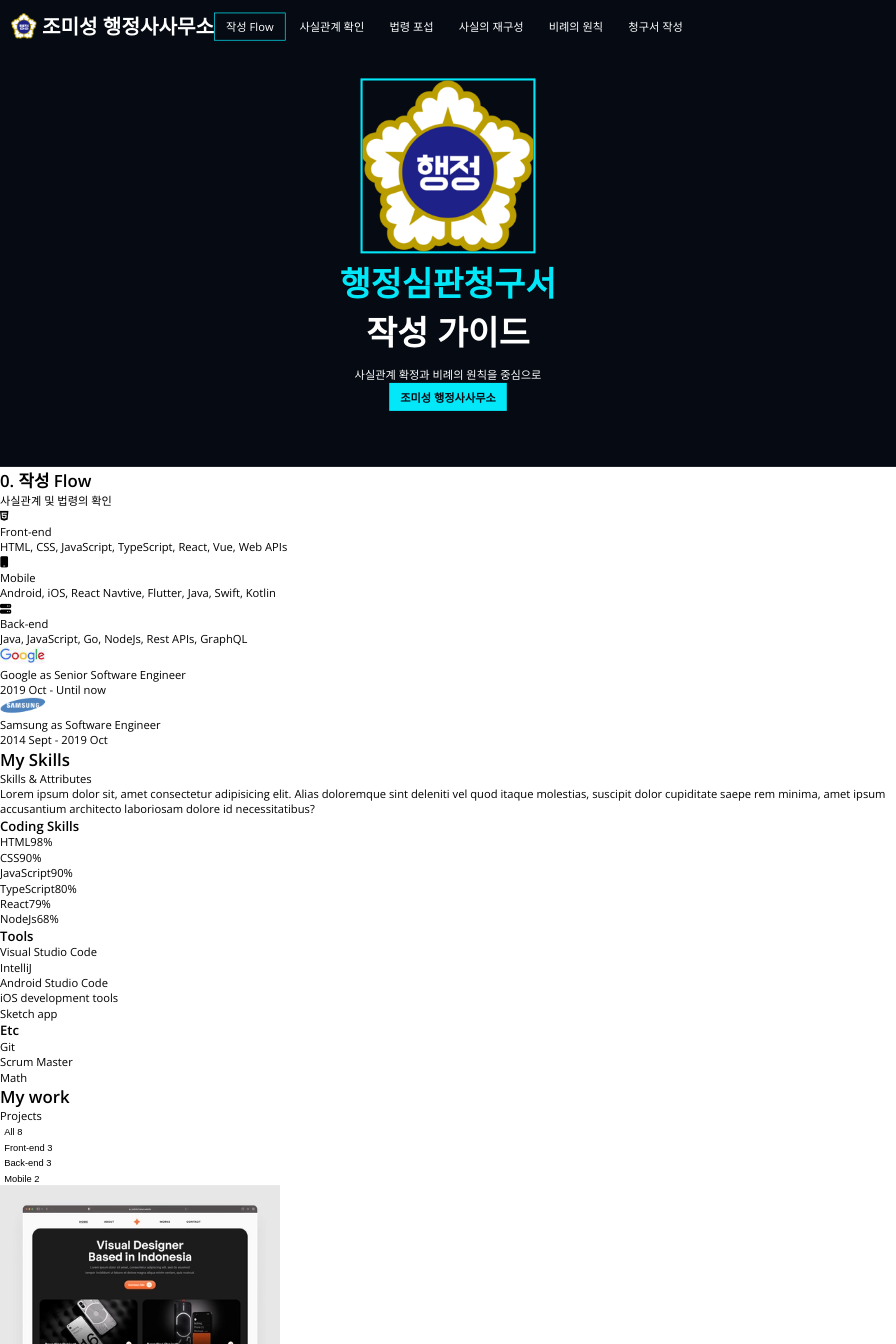
Repository: eggmoon/eggmoon_new
Page: index.html
The author's editor kept a copy of each file at every save. The page is drawn from the files as they stood at one save, then again after the next save.
The browser window is 1280 px wide. The pictures show the part of the page from y = 0 to 1920 px (the page is 5670 px tall before and 5654 px after), at 70% of full size.
Some web libraries are served in a nearby version.

Above is the page before, as saved 2025-02-26 10:42:59.

### index.html
<!DOCTYPE html>
<html lang="en">
  <head>
    <meta charset="UTF-8" />
    <meta http-equiv="X-UA-Compatible" content="IE=edge" />
    <meta name="viewport" content="width=device-width, initial-scale=1.0" />
    <!-- SEO -->
    <title>행정심판청구서 작성 가이드</title>
    <meta
      name="description"
      content="Portfolio for world-renowned software
    engineer Ellie"
    />
    <meta name="author" content="MScho" />
    <link rel="shortcut icon" href="images/favicon.ico" type="image/x-icon" />
    <!-- OG (Open Graph Data) -->
    <meta property="og:title" content="행정정심판청구서 작성 가이드" />
    <meta property="og:type" content="website" />
    <meta property="og:url" content="https://eggmoon.github.io/eggmoon/"/>
    <meta property="og:image" content="배포후에 생성된 이미지 URL" />
    <!-- Google Fonts -->
    <link rel="preconnect" href="https://fonts.googleapis.com" />
    <link rel="preconnect" href="https://fonts.gstatic.com" crossorigin />
    <link
      href="https://fonts.googleapis.com/css2?family=Open+Sans:wght@400;600&display=swap"
      rel="stylesheet"
    />
    <!-- Font Awesome -->
    <script
      src="https://kit.fontawesome.com/9eb162ac0d.js"
      crossorigin="anonymous"
    ></script>
    <!-- CSS -->
    <link rel="stylesheet" href="css/style.css" />
    <!-- Javascript -->
    <script src="src/main.js" defer></script>
  </head>
  <body>
    <!-- Header -->
    <header class="header">
      <div class="header__logo">
        <img class="header__logo__img" src="images/favicon.ico" alt="logo" />
        <h1 class="header__logo__title"><a href="#">조미성 행정사사무소</a></h1>
      </div>
      <nav>
        <ul class="header__menu">
          <li><a class="header__menu__item active" href="#home">작성 Flow</a></li>
          <li><a class="header__menu__item" href="#about">사실관계 확인</a></li>
          <li><a class="header__menu__item" href="#skills">법령 포섭</a></li>
          <li><a class="header__menu__item" href="#work">사실의 재구성</a></li>
          <li><a class="header__menu__item" href="#testimonial">비례의 원칙</a></li>
          <li><a class="header__menu__item" href="#contact">청구서 작성</a></li>
        </ul>
      </nav>
    </header>
    <!-- Main -->
    <main>
      <!-- Home -->
      <section id="home">
        <img class="home__logo" src="images/favicon.ico" alt="Ellie's profile" />
        <h2 class="home__title"><strong class="home__title--strong">행정심판청구서</strong> <br> 작성 가이드</h2>
        <p class="home__description">사실관계 확정과 비례의 원칙을 중심으로</p>
        <a class="home__contact" href="#contact">조미성 행정사사무소</a>
      </section>
      <!-- About -->
      <section id="about">
        <h2>0. 작성 Flow</h2>
        <p>
          사실관계 및 법령의 확인
        </p>
        <ul>
          <li>
            <i class="fa-brands fa-html5"></i>
            <p>Front-end</p>
            <p>HTML, CSS, JavaScript, TypeScript, React, Vue, Web APIs</p>
          </li>
          <li>
            <i class="fa-solid fa-mobile"></i>
            <p>Mobile</p>
            <p>Android, iOS, React Navtive, Flutter, Java, Swift, Kotlin</p>
          </li>
          <li>
            <i class="fa-solid fa-server"></i>
            <p>Back-end</p>
            <p>Java, JavaScript, Go, NodeJs, Rest APIs, GraphQL</p>
          </li>
        </ul>
        <ul>
          <li>
            <img src="images/jobs/google.png" alt="google logo" />
            <div>
              <p>Google as Senior Software Engineer</p>
              <p>2019 Oct - Until now</p>
            </div>
          </li>
          <li>
            <img src="images/jobs/samsung.png" alt="samsung logo" />
            <div>
              <p>Samsung as Software Engineer</p>
              <p>2014 Sept - 2019 Oct</p>
            </div>
          </li>
        </ul>
      </section>
      <!-- Skills -->
      <section id="skills">
        <h2>My Skills</h2>
        <p>Skills & Attributes</p>
        <p>
          Lorem ipsum dolor sit, amet consectetur adipisicing elit. Alias
          doloremque sint deleniti vel quod itaque molestias, suscipit dolor
          cupiditate saepe rem minima, amet ipsum accusantium architecto
          laboriosam dolore id necessitatibus?
        </p>
        <div>
          <section>
            <h3>Coding Skills</h3>
            <ul>
              <li>
                <div><span>HTML</span><span>98%</span></div>
                <div><div style="width: 98%"></div></div>
              </li>
              <li>
                <div><span>CSS</span><span>90%</span></div>
                <div><div style="width: 90%"></div></div>
              </li>
              <li>
                <div><span>JavaScript</span><span>90%</span></div>
                <div><div style="width: 90%"></div></div>
              </li>
              <li>
                <div><span>TypeScript</span><span>80%</span></div>
                <div><div style="width: 80%"></div></div>
              </li>
              <li>
                <div><span>React</span><span>79%</span></div>
                <div><div style="width: 79%"></div></div>
              </li>
              <li>
                <div><span>NodeJs</span><span>68%</span></div>
                <div><div style="width: 68%"></div></div>
              </li>
            </ul>
          </section>
          <section>
            <h3>Tools</h3>
            <ul>
              <li>Visual Studio Code</li>
              <li>IntelliJ</li>
              <li>Android Studio Code</li>
              <li>iOS development tools</li>
              <li>Sketch app</li>
            </ul>
          </section>
          <section>
            <h3>Etc</h3>
            <ul>
              <li>Git</li>
              <li>Scrum Master</li>
              <li>Math</li>
            </ul>
          </section>
        </div>
      </section>
      <!-- Work -->
      <section id="work">
        <h2>My work</h2>
        <p>Projects</p>
        <ul>
          <li>
            <button>All <span>8</span></button>
          </li>
          <li>
            <button>Front-end <span>3</span></button>
          </li>
          <li>
            <button>Back-end <span>3</span></button>
          </li>
          <li>
            <button>Mobile <span>2</span></button>
          </li>
        </ul>
        <ul>
          <li>
            <a href="#" target="_blank">
              <img src="images/projects/project1.webp" alt="project1" />
              <div>
                <h3>Project #1</h3>
                <p>Clone Coding with HTML, CSS</p>
              </div>
            </a>
          </li>
          <li>
            <a href="#" target="_blank">
              <img src="images/projects/project2.webp" alt="project2" />
              <div>
                <h3>Project #2</h3>
                <p>Clone Coding with HTML, CSS</p>
              </div>
            </a>
          </li>
          <li>
            <a href="#" target="_blank">
              <img src="images/projects/project3.webp" alt="project3" />
              <div>
                <h3>Project #3</h3>
                <p>Clone Coding with HTML, CSS</p>
              </div>
            </a>
          </li>
          <li>
            <a href="#" target="_blank">
              <img src="images/projects/project4.webp" alt="project4" />
              <div>
                <h3>Project #4</h3>
                <p>Clone Coding with HTML, CSS</p>
              </div>
            </a>
          </li>
          <li>
            <a href="#" target="_blank">
              <img src="images/projects/project5.webp" alt="project5" />
              <div>
                <h3>Project #5</h3>
                <p>Clone Coding with HTML, CSS</p>
              </div>
            </a>
          </li>
          <li>
            <a href="#" target="_blank">
              <img src="images/projects/project6.webp" alt="project6" />
              <div>
                <h3>Project #6</h3>
                <p>Clone Coding with HTML, CSS</p>
              </div>
            </a>
          </li>
          <li>
            <a href="#" target="_blank">
              <img src="images/projects/project7.webp" alt="project7" />
              <div>
                <h3>Project #7</h3>
                <p>Clone Coding with HTML, CSS</p>
              </div>
            </a>
          </li>
          <li>
            <a href="#" target="_blank">
              <img src="images/projects/project8.webp" alt="project8" />
              <div>
                <h3>Project #8</h3>
                <p>Clone Coding with HTML, CSS</p>
              </div>
            </a>
          </li>
        </ul>
      </section>
      <!-- Testimonials -->
      <section id="testimonial">
        <h2>Testimonial</h2>
        <p>See what they say about me</p>
        <ul>
          <li>
            <img src="images/testimonials/people1.webp" alt="people1" />
            <div>
              <p>
                Lorem ipsum dolor sit amet, consectetur adipisicing elit. Rem ad
                iusto, ea alias, at sit libero laboriosam eaque eum, reiciendis
                obcaecati vitae non reprehenderit beatae officiis. Dolore
                corporis eveniet labore.
              </p>
              <p><a href="#">James Kim</a> /Google</p>
            </div>
          </li>
          <li>
            <img src="images/testimonials/people2.webp" alt="people2" />
            <div>
              <p>
                Lorem ipsum, dolor sit amet consectetur adipisicing elit. Iure
                adipisci quibusdam perspiciatis neque consequuntur nostrum
                quisquam dolore consequatur voluptatum animi laborum, sequi
                ipsum rerum voluptatibus sit ab similique quos velit?
              </p>
              <p><a href="#">Anna Jin</a> /Samsung</p>
            </div>
          </li>
          <li>
            <img src="images/testimonials/people3.webp" alt="people3" />
            <div>
              <p>
                Lorem ipsum dolor sit amet consectetur adipisicing elit.
                Perferendis, mollitia. Fugiat recusandae unde ducimus harum
                voluptas earum reiciendis expedita inventore quas ab eum
                dignissimos, maiores deleniti officiis qui, repudiandae
                voluptatibus?
              </p>
              <p><a href="#">Anna Jin</a> /Samsung</p>
            </div>
          </li>
        </ul>
      </section>
      <!-- Arrow up -->
      <aside>
        <a href="#home" title="back to top">
          <i class="fa-solid fa-arrow-up"></i>
        </a>
      </aside>
    </main>
    <!-- Footer -->
    <footer id="contact">
      <h2>Let&#39;s talk</h2>
      <p>dream.coder.ellie@gmail.com</p>
      <ul>
        <li>
          <a
            href="https://github.com/dream-ellie"
            target="_blank"
            title="my github link"
          >
            <i class="fa-brands fa-github"></i>
          </a>
        </li>
        <li>
          <a
            href="https://github.com/dream-ellie"
            target="_blank"
            title="my linkedin link"
          >
            <i class="fa-brands fa-linkedin"></i>
          </a>
        </li>
      </ul>
      <p>ⓒDream Coding Ellie - All rights reserved</p>
    </footer>
  </body>
</html>

### css/style.css
/* Global */
:root {
/* App Colors */
  --color-primary: var(--color-black);
  --color-primary-variant: var(--color-gray);
  --color-accent: var(--color-blue);
  --color-accent-variant: var(--color-orange);
  --color-text: var(--color-white);
  /* Colors */
  --color-white: #ffffff;
  --color-black: #050a13;
  --color-blue: #03e8f9;
  --color-orange: #fd6413;
  --color-gray: #1b1e26;
}
*{
  box-sizing: border-box;
}
body {
  font-family: 'Open Sans', sans-serif;
  margin: 0;
}
h1, h2, h3, p, ul {
  margin: 0;
}

ul {
  list-style: none;
  padding: 0;
}

a{
  text-decoration: none;
  color: var(--color-text);
}

button{
  background-color: transparent;
  outline: 0;
  border: 0;
}

button:focus {
  outline: 1px solid var(--color-blue);
}

.header{
  position: fixed;
  background-color: var(--color-black);
  top: 0;
  width: 100%;
  padding:1rem;
  display: flex;
  justify-content: space-betwe en;
  align-items: center;
}

.header__logo{
  display:flex;
  align-items: center;
  gap: 8px
}

.header__logo__img{
  width: 36px;
  height: 36px;
}

.header__logo__title {
  font-size: 1.8rem;
}

.header__menu{
  display:flex;
  gap: 4px;
}
.header__menu__item{
  padding: 8px 16px;
}
.header__menu__item:hover{
  border-bottom: 1px solid var(--color-accent);
}
.header__menu__item.active{
  border: 1px solid var(--color-accent);
}
/* Home */
#home{
  background-color: var(--color-primary);
  color: var(--color-text);
  padding: 5rem 1rem;
  padding-top: 7rem;
  text-align: center;
}
.home__logo{
 width: 250px;
 height: 250px;
 object-fit: cover;
 border: 3px solid var(--color-accent);
}
.home__title{
 font-size:3rem;
 margin-bottom: 1rem;

}
.home__title--strong{
  color: var(--color-accent);
}
.home__description{

}

.home__contact{
  display: inline-block;
  background-color: var(--color-accent);
  color: var(--color-black);
  padding: 0.5rem 1rem;
  font-weight: bold;
}

.home__contact:hover{
  background-color:transparent;
  border: 1px solid var(--color-accent);
  color: var(--color-text);
}

Loaded but not shown: src/main.js (no copy from this time; the picture is the same without it)

After the next save:
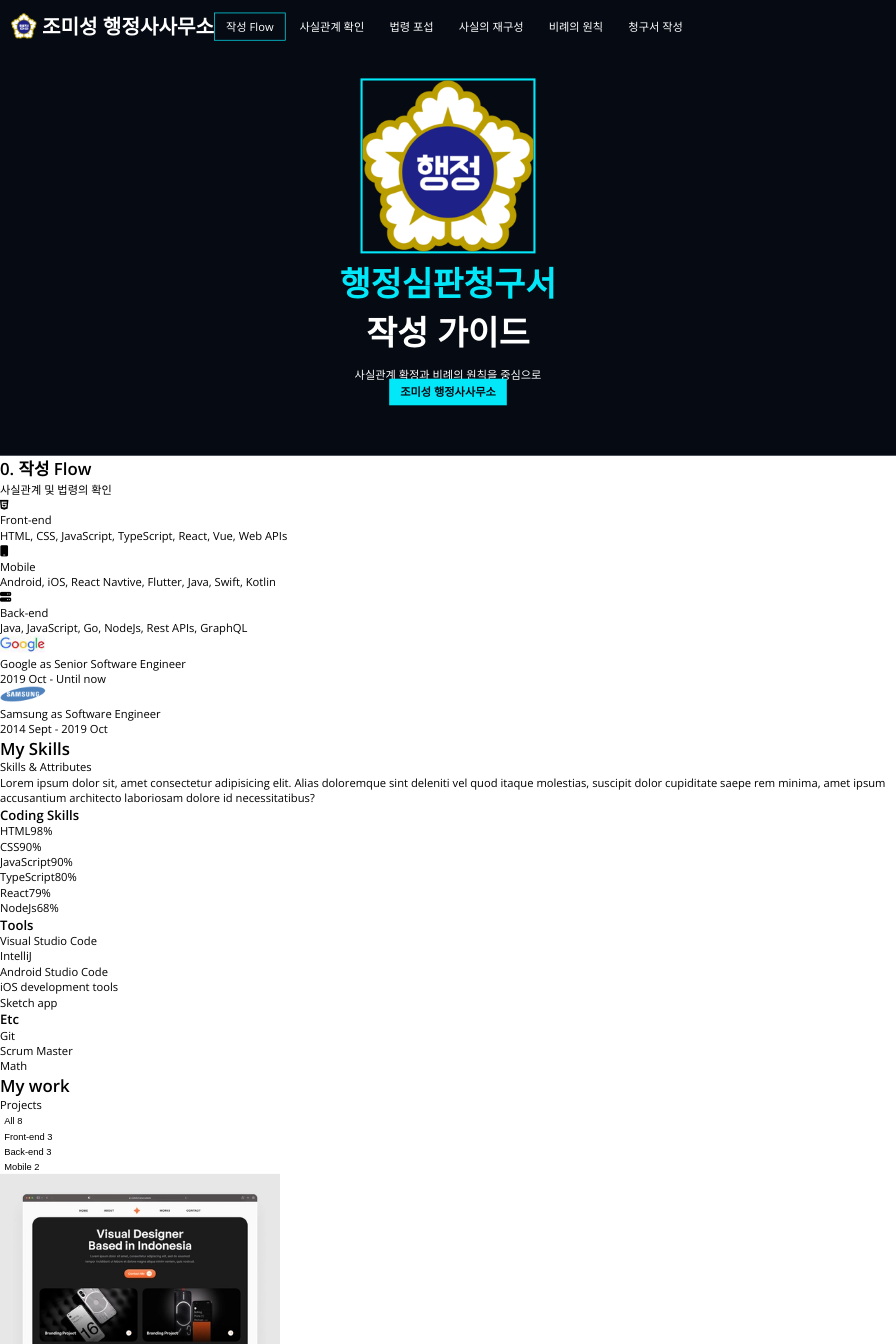
Saved 20 s later.
--- a/css/style.css
+++ b/css/style.css
@@ -109,7 +109,7 @@
 
 }
 
-.home__contact{
+.home__contact{\
   display: inline-block;
   background-color: var(--color-accent);
   color: var(--color-black);
